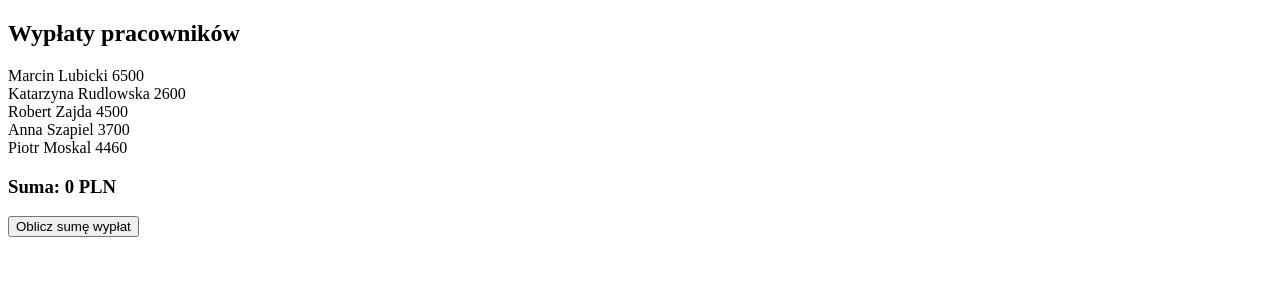
Repository: magdaf41/jQuery
Page: zadanie 3/index.html
The author's editor kept a copy of each file at every save. The page is drawn from the files as they stood at one save, then again after the next save.
The browser window is 1280 px wide. The pictures show the whole page.
After loading, the first visible `#count-sum` was clicked once.
Some web libraries are served in a nearby version.

Above is the page before, as saved 2020-09-10 21:05:01.
Console error: TypeError: $(...).prompt is not a function

### zadanie 3/index.html
<!DOCTYPE html>
<html lang="en">

<head>
    <meta charset="UTF-8">
    <meta name="viewport" content="width=device-width, initial-scale=1.0">
    <title>Animation</title>
    <link rel="stylesheet" href="css/style.css">
</head>

<body>

    <div id="employees">
        <div>
            <h2>Wypłaty pracowników</h2>
        </div>
        <div id="person1">
            <span class="first-name">Marcin</span>
            <span class="last-name">Lubicki</span>
            <span class="salary">6500</span>
        </div>
        <div id="person2">
            <span class="first-name">Katarzyna</span>
            <span class="last-name">Rudlowska</span>
            <span class="salary">2600</span>
        </div>
        <div id="person3">
            <span class="first-name">Robert</span>
            <span class="last-name">Zajda</span>
            <span class="salary">4500</span>
        </div>
        <div id="person4">
            <span class="first-name">Anna</span>
            <span class="last-name">Szapiel</span>
            <span class="salary">3700</span>
        </div>
        <div id="person5">
            <span class="first-name">Piotr</span>
            <span class="last-name">Moskal</span>
            <span class="salary">4460</span>
        </div>
        <div>
            <h3>Suma: <span id="sum">0</span> PLN</h3>
        </div>
    </div>
    <button id="count-sum">Oblicz sumę wypłat</button>

    <script src="https://cdnjs.cloudflare.com/ajax/libs/jquery/3.2.1/jquery.min.js"></script>
    <script src="https://code.jquery.com/ui/1.12.1/jquery-ui.min.js"
        integrity="sha256-VazP97ZCwtekAsvgPBSUwPFKdrwD3unUfSGVYrahUqU=" crossorigin="anonymous"></script>
    <script src="js/main.js"></script>
</body>

</html>

### zadanie 3/js/main.js
$(document).ready(function () {

  $('#count-sum').click(function(){
    console.log('działa');
    $('#sum').prompt(sum);
  });

  let number0 = parseInt($('.salary').eq(0).text());
  console.log(number0);
  let number1 = parseInt($('.salary').eq(1).text());
  console.log(number1);
  let number2 = parseInt($('.salary').eq(2).text());
  console.log(number2);
  let number3 = parseInt($('.salary').eq(3).text());
  console.log(number3);
  let number4 = parseInt($('.salary').eq(4).text());
  console.log(number4);

  let sum = number0 + number1 + number2 + number3 + number4;
  console.log(sum);

});

Loaded but not shown: zadanie 3/css/style.css (no stored copy; drawn as an empty file)

After the next save:
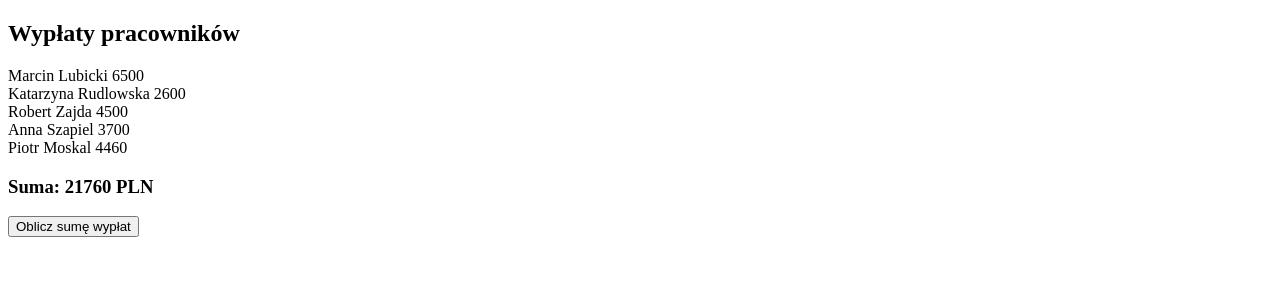
The error is gone.
Saved 87 s later.
--- a/zadanie 3/js/main.js
+++ b/zadanie 3/js/main.js
@@ -2,7 +2,7 @@ $(document).ready(function () {
 
   $('#count-sum').click(function(){
     console.log('działa');
-    $('#sum').prompt(sum);
+    $('#sum').html(sum);
   });
 
   let number0 = parseInt($('.salary').eq(0).text());
